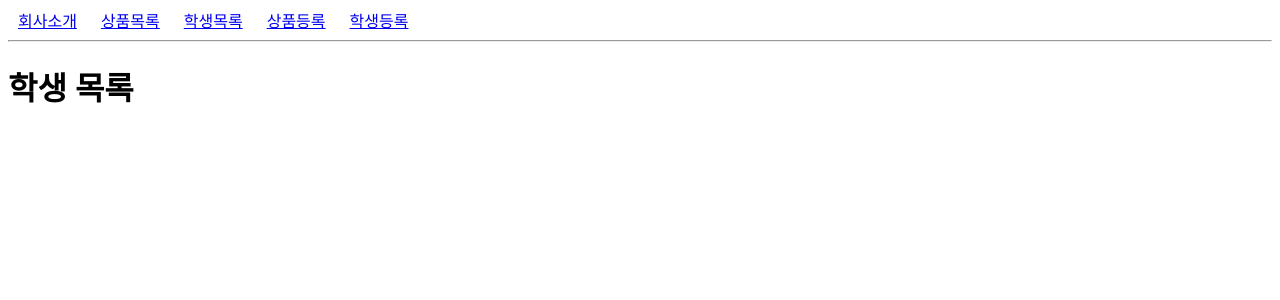
Repository: gwangso/web
Page: http://localhost/ex01/stu/list
An editor plug-in stored every save of this project. The page is shown before and after the next save, followed by the edit.
The browser window is 1280 px wide. The pictures show the whole page.
The page is served by Tomcat 9. Other server files are loaded and not shown.

Above is the page before, as saved 2023-07-24 05:37:57.

### ex01/src/main/webapp/home.jsp
<%@ page language="java" contentType="text/html; charset=UTF-8"
    pageEncoding="UTF-8"%>
<!DOCTYPE html>
<html>
	<head>
		<meta charset="UTF-8">
		<title>홈페이지</title>
		<style>
			a {
				margin:10px;
			}
		</style>
	</head>
<body>
	<div>
		<a href="/">회사소개</a>
		<a href="/pro/list">상품목록</a>
		<a href="/stu/list">학생목록</a>
		<a href="/pro/insert">상품등록</a>
		<a href="/stu/insert">학생등록</a>
	</div>
	<hr>
	<jsp:include page="${pageName}"/> <!--  -->
</body>


</html>

### ex01/src/main/webapp/stu/list.jsp
<%@ page language="java" contentType="text/html; charset=UTF-8"
    pageEncoding="UTF-8"%>
<!DOCTYPE html>

<h1>학생 목록</h1>

### ex01/src/main/java/controller/StudentController.java
package controller;

import java.io.IOException;

import javax.servlet.RequestDispatcher;
import javax.servlet.ServletException;
import javax.servlet.annotation.WebServlet;
import javax.servlet.http.HttpServlet;
import javax.servlet.http.HttpServletRequest;
import javax.servlet.http.HttpServletResponse;


@WebServlet(value = {"/stu/list", "/stu/insert"})
public class StudentController extends HttpServlet {
	private static final long serialVersionUID = 1L;

    public StudentController() {
        super();
    }

	protected void doGet(HttpServletRequest request, HttpServletResponse response) throws ServletException, IOException {
		switch (request.getServletPath()) {
		case "/stu/list":
			request.setAttribute("pageName", "/stu/list.jsp");
			break;
		case "/stu/insert":
			request.setAttribute("pageName", "/stu/insert.jsp");
			break;
		}
		RequestDispatcher dis = request.getRequestDispatcher("/home.jsp");
		dis.forward(request, response);
	}

	protected void doPost(HttpServletRequest request, HttpServletResponse response) throws ServletException, IOException {
	}

}

After the next save:
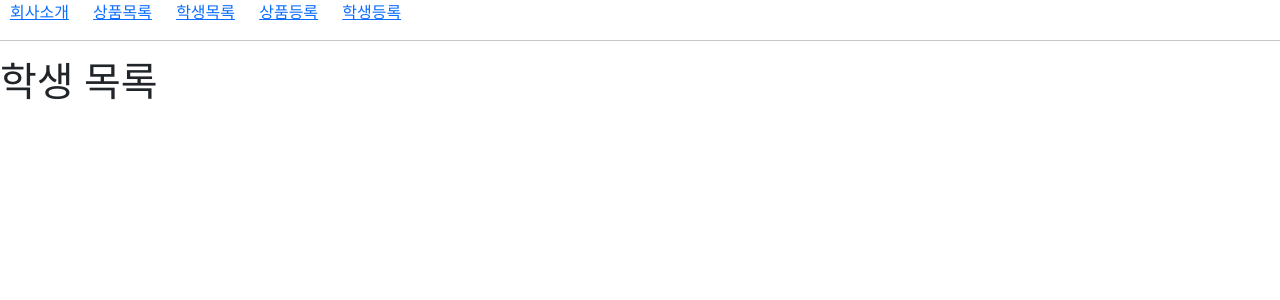
Saved 5 min 32 s later.
--- a/ex01/src/main/webapp/home.jsp
+++ b/ex01/src/main/webapp/home.jsp
@@ -5,6 +5,10 @@
 	<head>
 		<meta charset="UTF-8">
 		<title>홈페이지</title>
+		<!-- CSS only -->
+		<link href="https://cdn.jsdelivr.net/npm/bootstrap@5.2.3/dist/css/bootstrap.min.css" rel="stylesheet" integrity="sha384-rbsA2VBKQhggwzxH7pPCaAqO46MgnOM80zW1RWuH61DGLwZJEdK2Kadq2F9CUG65" crossorigin="anonymous">
+		<!-- JavaScript Bundle with Popper -->
+		<script src="https://cdn.jsdelivr.net/npm/bootstrap@5.2.3/dist/js/bootstrap.bundle.min.js" integrity="sha384-kenU1KFdBIe4zVF0s0G1M5b4hcpxyD9F7jL+jjXkk+Q2h455rYXK/7HAuoJl+0I4" crossorigin="anonymous"></script>
 		<style>
 			a {
 				margin:10px;
@@ -20,8 +24,7 @@
 		<a href="/stu/insert">학생등록</a>
 	</div>
 	<hr>
-	<jsp:include page="${pageName}"/> <!--  -->
+	<jsp:include page="${pageName}"/> <!-- jsp가 있으면 html로 하면 안된다. -->
 </body>
 
-
 </html>
